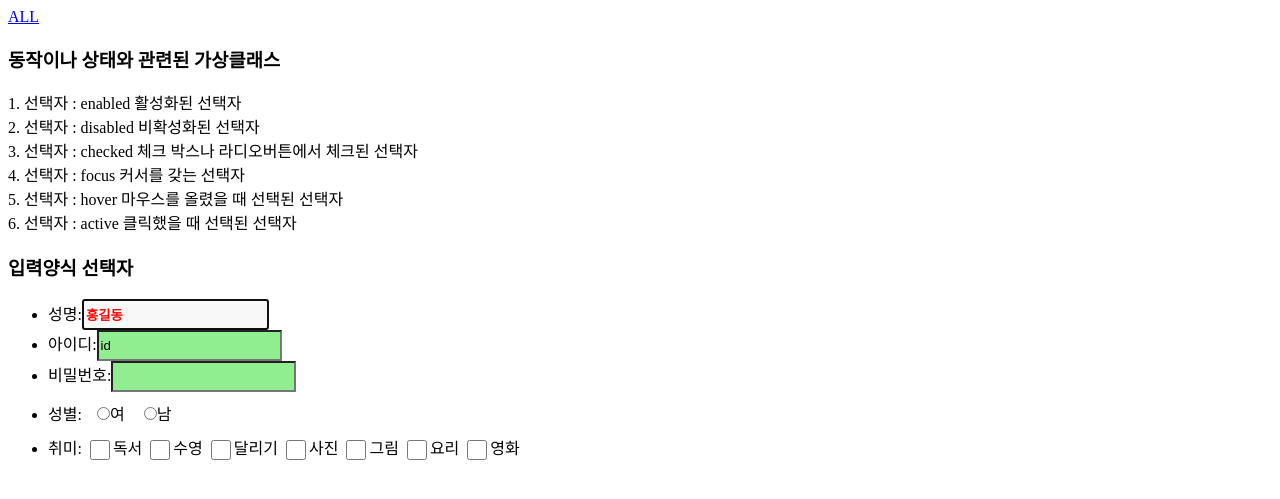
Repository: itkezi/HTML_2022_505
Page: Web/WebContent/selector/input.html
These files come from the project's save history. The page is drawn as it stood at one moment and after the next save; the edit follows.
The browser window is 1280 px wide. The pictures show the whole page.
The first visible `input` has the focus.

Above is the page before, as saved 2022-03-31 04:53:50.

### Web/WebContent/selector/input.html
<!DOCTYPE html>
<html>
<head>
<meta charset="UTF-8">
<title>입력양식</title>

<style>
	input[type=text], input[type=password] {
	height:25px;
	}

	input[type = checkbox] {
	width : 20px;
	height:20px;
	vertical-align: middle;
	}
	input[type=radio] {
	margin : 15px; /* 혹은 margin : 15px 0 15px 15px */
	margin-right: 0;
	}
	input:enabled { background-color: lightgreen;}
	input:disabled { color:red; font-weight: bold;}
</style>

</head>
<body>
	<a href="http://localhost:8080/Web/HTML/ALL.html" target='_blank'>
		ALL</a>
	<br>

<h3>동작이나 상태와 관련된 가상클래스</h3>
1. 선택자 : enabled 활성화된 선택자<br>
2. 선택자 : disabled 비확성화된 선택자 <br>
3. 선택자 : checked 체크 박스나 라디오버튼에서 체크된 선택자<br>
4. 선택자 : focus 커서를 갖는 선택자<br>
5. 선택자 : hover 마우스를 올렸을 때 선택된 선택자<br>
6. 선택자 : active 클릭했을 때 선택된 선택자<br>


	<h3>입력양식 선택자</h3>
	<ul>
		<li>성명:<input disabled type='text' name='name' value='홍길동'></li>
		<li>아이디:<input type='text' name='id' value='id'></li>
		<li>비밀번호:<input type='password' name='pw'></li>
		<li>성별:<input type='radio' name='gender' value='여' id='female'><label for='female'>여</label>
			<input type='radio' name='gender' value='남' id='male'><label for='male'>남</label></li>
		<li>취미: <input type='checkbox' name='hobby' value='book' id='book'><label for='book'>독서</label>
			<input type='checkbox' name='hobby' value='swim' id='swim'><label for='swim'>수영</label>
			<input type='checkbox' name='hobby' value='run' id='run'><label for='run'>달리기</label>
			<input type='checkbox' name='hobby' value='picture' id='picture'><label for='picture'>사진</label>
			<input type='checkbox' name='hobby' value='draw' id='draw'><label for='draw'>그림</label>
			<input type='checkbox' name='hobby' value='cook' id='cook'><label for='cook'>요리</label>
			<input type='checkbox' name='hobby' value='movie' id='movie'><label for='movie'>영화</label>
		</li>

	</ul>


</body>
</html>

After the next save:
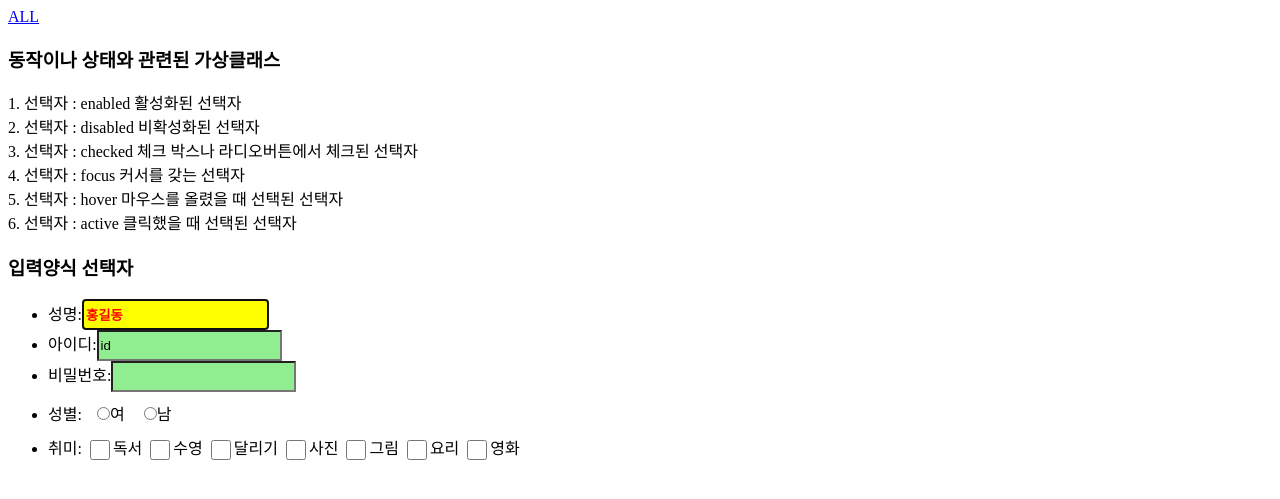
Saved 48 s later.
--- a/Web/WebContent/selector/input.html
+++ b/Web/WebContent/selector/input.html
@@ -20,6 +20,7 @@
 	}
 	input:enabled { background-color: lightgreen;}
 	input:disabled { color:red; font-weight: bold;}
+	input:focus {background-color: yellow;}
 </style>
 
 </head>
